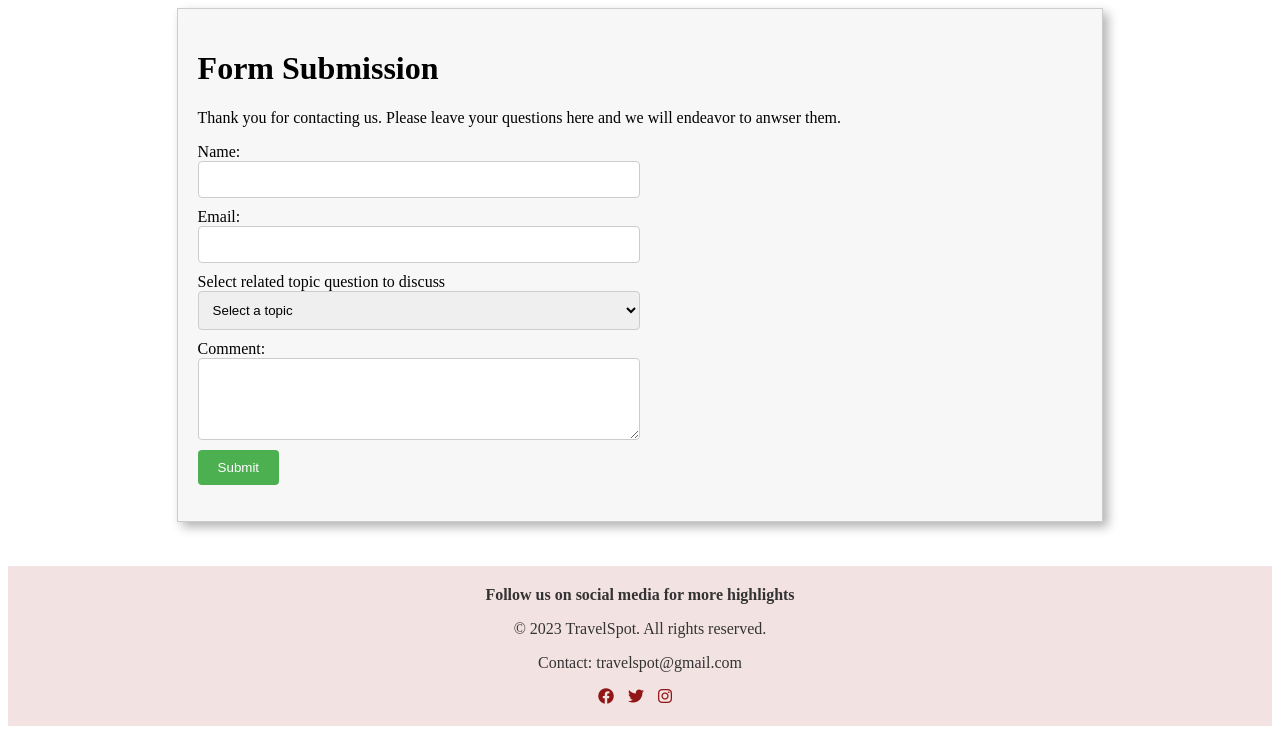
Repository: vRia4/INST728J-Victoria-Nathaniel
Page: Project/info.html
The author's editor kept a copy of each file at every save. The page is drawn from the files as they stood at one save, then again after the next save.
The browser window is 1280 px wide. The pictures show the whole page.

Above is the page before, as saved 2023-08-11 16:00:57.

### Project/info.html
<html>
	<head>
		<title>Contact Us</title>
		<link rel="stylesheet" href="https://cdnjs.cloudflare.com/ajax/libs/font-awesome/6.0.0-beta3/css/all.min.css">
    	<script type = "text/javascript">

			function validate() {

				if( document.myForm.flName.value == "" ) {
					alert( "Please provide your first name!" );
					document.myForm.flName.focus() ;
					return false;
				}
				if( document.myForm.Email.value == "" ) {
					alert( "Please provide your Email!" );
					document.myForm.Email.focus() ;
					return false;
				}
				if( document.myForm.topic.value == "-1" ) {
					alert( "Please provide your country!" );
					return false;
				}
				return( true );
                if( document.myForm.comment.value == "" ) {
					alert( "Please provide your comment!" );
					document.myForm.comment.focus() ;
					return false;
				}
			}
		</script>
		<style>
			/* html{
				background-image: url(image/sub.png);
				background-size: cover;
				background-repeat: no-repeat;
				height: 100vh;
			} */
			/* h1, .text1, th, td, table {
				margin-top: 20px;
				padding : 10px;
				margin-left: 15%;
			} */

			h2{
				font-family: "Helvetica Neue",Helvetica,Arial;
				font-size: 14px;
			}

			/* footer {
					background-color: #f3e2e2;
					padding: 20px;
					text-align: center;
					color: #333;
					font-size: 14px;
					margin-top: 20.5%;
					width: 100%;
					margin-right: 20%;
					padding-right: 0px;
				}

			/*footer .icons {
				margin-top: 0%;
			} */

            footer{
                background-color: #f3e2e2;
                max-width: 100%;
                padding-left: 1%;
            }

			footer .icons a {
				color: #921515;
				margin-right: 10px;
			}

            /* .wrapper{
            width: 70%;
            margin: 0 auto;
            padding: 20px;
            border: 1px solid #ccc;
            background-color: #f7f7f7;
            box-shadow: 5px 5px 10px rgba(0, 0, 0, 0.3);
            } */
            .form-container {
            width: 70%;
            margin: 0 auto;
            padding: 20px;
            border: 1px solid #ccc;
            background-color: #f7f7f7;
            box-shadow: 5px 5px 10px rgba(0, 0, 0, 0.3);
        }

        /* Styles for input fields */
        .form-input {
            width: 50%;
            padding: 10px;
            margin-bottom: 10px;
            border: 1px solid #ccc;
            border-radius: 4px;
        }

        /* Style the submit button */
        .form-submit {
            background-color: #4CAF50;
            color: white;
            padding: 10px 20px;
            border: none;
            border-radius: 4px;
            cursor: pointer;
        }

        /* Style the submit button on hover */
        .form-submit:hover {
            background-color: #45a049;
        }
		</style>
   </head>

   <body >
    <div class="wrapper">
		<div class="form-container">
            <h1>Form Submission</h1>
            <p class="text1">Thank you for contacting us. Please leave your questions here and we will endeavor to anwser them.</p>

            <form action = "welcome.html" name = "myForm" onsubmit = "return(validate());">
                <label for="name">Name:</label><br>
                <input type="text" id="name" name="flName" class="form-input" required><br>

                <label for="email">Email:</label><br>
                <input type="email" id="email" name="Email" class="form-input" required><br>

                <label for="message">Select related topic question to discuss</label><br>
                <select name = "topic" class="form-input">
                    <option value = "-1" selected>Select a topic</option>
                    <option value = "1">Australia</option>
                    <option value = "2">Canada</option>
                    <option value = "3">France</option>
                    <option value = "4">Germany</option>
                    <option value = "5">Georgia</option>
                    <option value = "6">Mexico</option>
                    <option value = "7">Spain</option>
                    <option value = "8">UK</option>
                    <option value = "9">USA</option>
                </select><br>

                <label for="message">Comment:</label><br>
                <textarea id="message" name="comment" class="form-input" rows="4" required></textarea><br>

                <input type="submit" value="Submit" class="form-submit">
            </form>
        </div>
    </div>
		<footer align="center" style="margin-top: 3.5%; padding: 20px; color: #333;">
			<div><strong>Follow us on social media for more highlights</strong></div>
			<p>&copy; 2023 TravelSpot. All rights reserved.</p>
			<p>Contact: travelspot@gmail.com</p>

			<div class="icons">
				<a href="https://www.facebook.com" title="Facebook"><i class="fab fa-facebook"></i></a>
				<a href="https://www.twitter.com" title="Twitter"><i class="fab fa-twitter"></i></a>
				<a href="https://www.instagram.com" title="Instagram"><i class="fab fa-instagram"></i></a>
			</div>
		</footer>
   	</body>
</html>

After the next save:
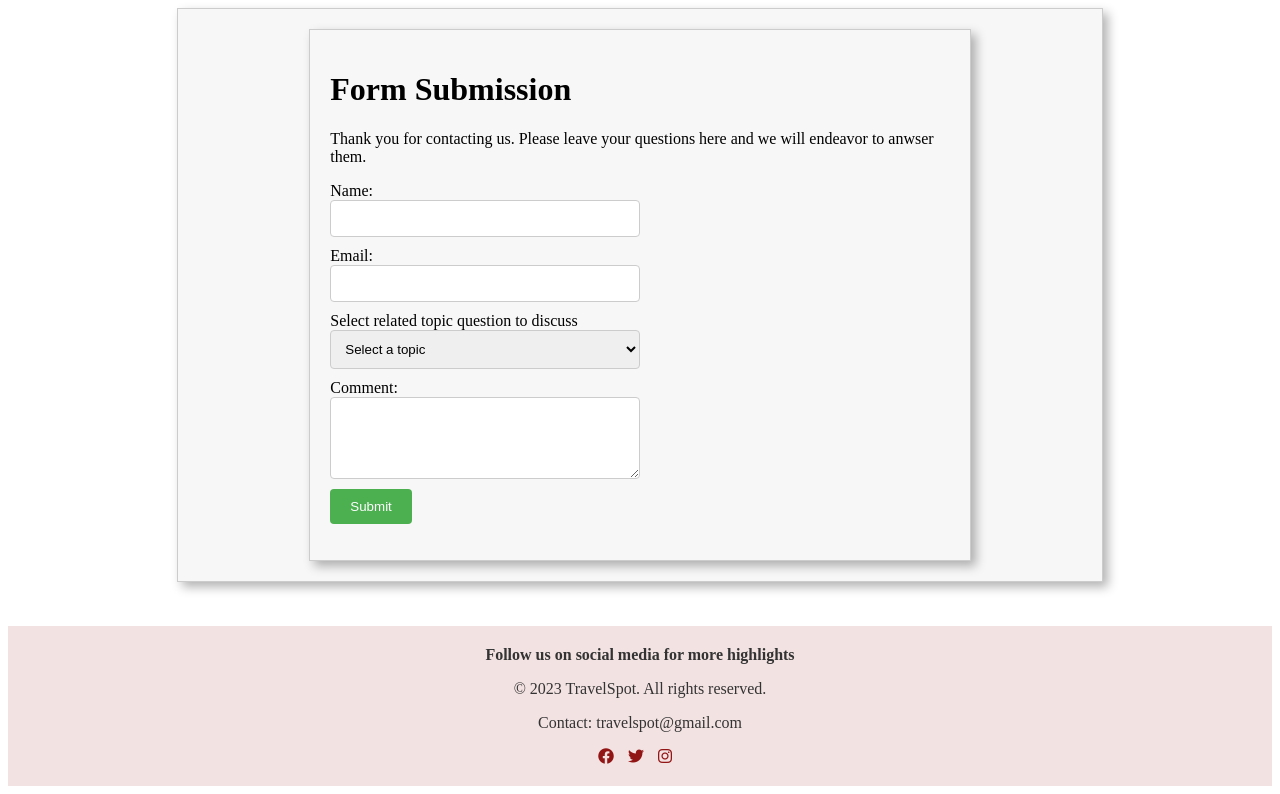
Saved 34 s later.
--- a/Project/info.html
+++ b/Project/info.html
@@ -73,14 +73,14 @@
 				margin-right: 10px;
 			}
 
-            /* .wrapper{
+            .wrapper{
             width: 70%;
             margin: 0 auto;
             padding: 20px;
             border: 1px solid #ccc;
             background-color: #f7f7f7;
             box-shadow: 5px 5px 10px rgba(0, 0, 0, 0.3);
-            } */
+            }
             .form-container {
             width: 70%;
             margin: 0 auto;
